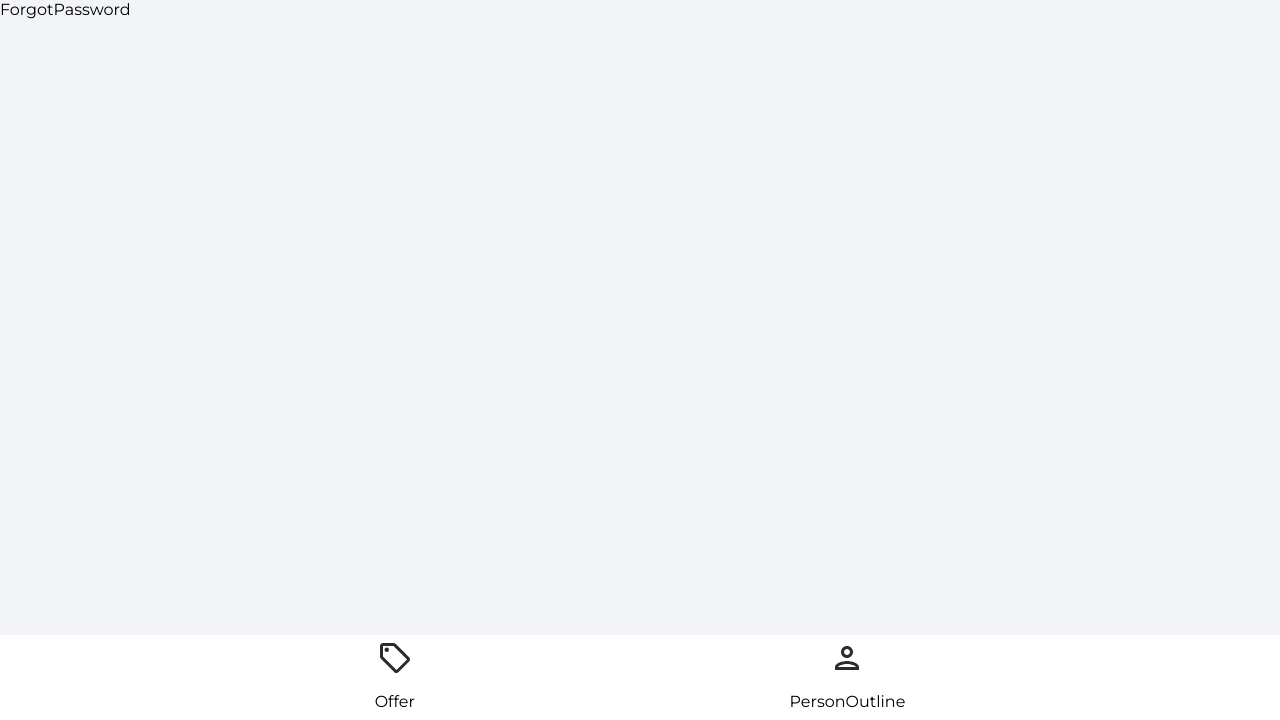
Repository: harvir619/Real-Estate-Market-App
Page: /forgot-password
The author's editor kept a copy of each file at every save. The page is drawn from the files as they stood at one save, then again after the next save.
The browser window is 1280 px wide. The pictures show the whole page.
The project was rebuilt for these pictures with package versions that can differ from the ones it lists, and the page was loaded fresh each time. Also part of the build but not shown: vite.config.js, src/pages/Explore.jsx, src/pages/Profile.jsx, src/pages/Offers.jsx, src/pages/SignIn.jsx, src/pages/SignUp.jsx.

Above is the page before, as saved 2023-06-14 15:56:42.

After the next save:
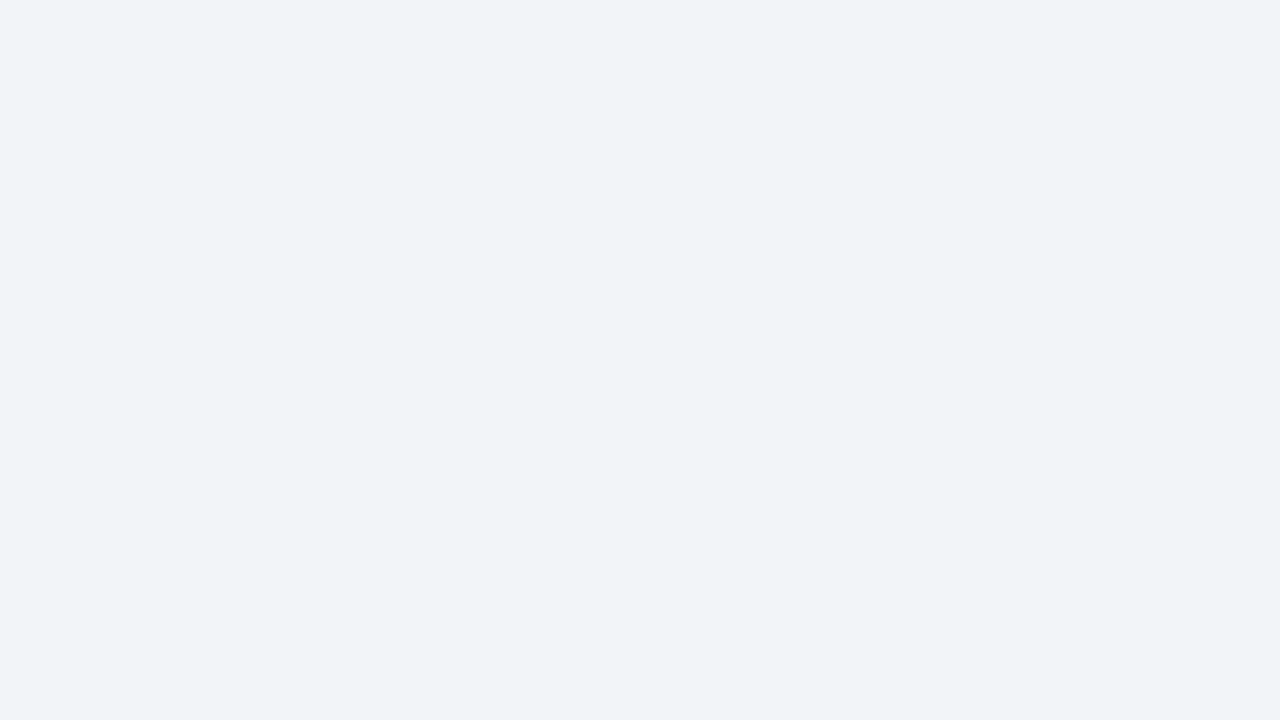
Console error: ReferenceError: PersonOutlineIcon is not defined
Saved 18 s later.
--- a/src/components/Navbar.jsx
+++ b/src/components/Navbar.jsx
@@ -2,7 +2,7 @@ import React from 'react'
 import { useNavigate, useLocation } from 'react-router-dom'
 import { ReactComponent as OfferIcon } from '../assets/svg/localOfferIcon.svg'
 // import {ReactComponent as ExploreIcon} from '../assets/svg/exploreIcon.svg'
-import {ReactComponent as PersonOutlineIcon} from '../assets/svg/personOutlineIcon.svg'
+// import {ReactComponent as PersonOutlineIcon} from '../assets/svg/personOutlineIcon.svg'
 
 
 function Navbar() {

After the save that followed:
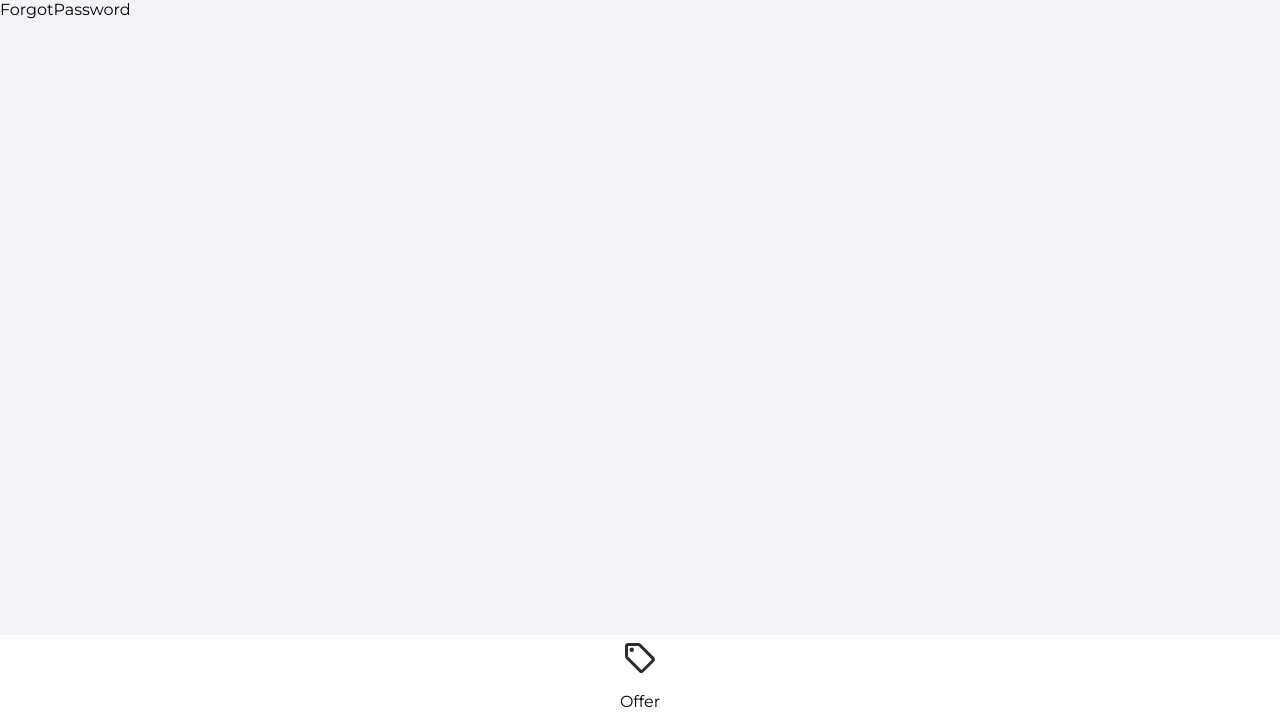
The error is gone.
Saved 8 s later.
--- a/src/components/Navbar.jsx
+++ b/src/components/Navbar.jsx
@@ -22,12 +22,12 @@ function Navbar() {
                           width='36px' height='36px' />
                       <p>Offer</p>
                   </li>
-                  <li className="navbarListItem">
+                  {/* <li className="navbarListItem">
                       <PersonOutlineIcon fill='#2c2c2c'
                           className="navbarIcon"
                           width='36px' height='36px' />
                       <p>PersonOutline</p>
-                  </li>
+                  </li> */}
 
               </ul>
           </nav>
